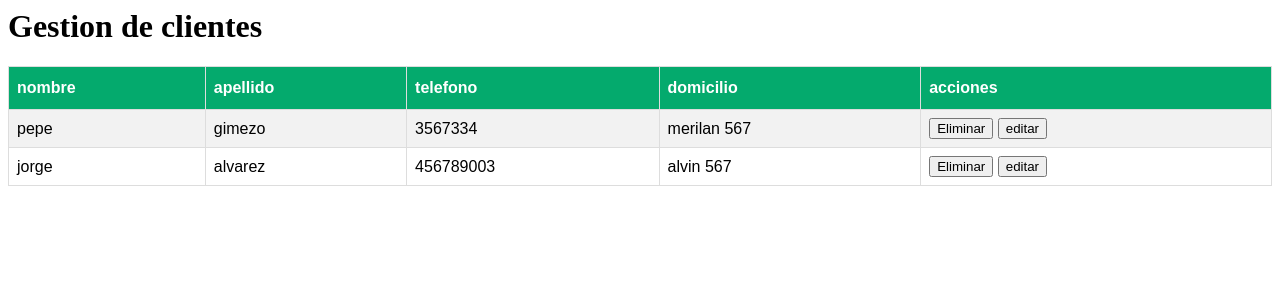
Repository: geraldine-ventura/Practicando.net
Page: index 2.html
An editor plug-in stored every save of this project. The page is shown before and after the next save, followed by the edit.
The browser window is 1280 px wide. The pictures show the whole page.

Above is the page before, as saved 2022-12-20 11:12:41.

### index 2.html
<h1>Gestion de clientes</h1>
<table id= "customers">
    <tr>
        <th>nombre</th>
        <th>apellido</th>
        <th>telefono</th>
        <th>domicilio</th>
        <th>acciones</th>
    </tr>
    <tr>
        <td>pepe</td>
        <td>gimezo</td>
        <td>3567334</td>
        <td>merilan 567</td>
        <td>
          <button>Eliminar</button>
          <button>editar</button>
        </td>
    </tr>
    <tr>
        <td>jorge</td>
        <td>alvarez</td>
        <td>456789003</td>
        <td>alvin 567</td>
        <td>
            <button>Eliminar</button>
            <button>editar</button>
          </td>
    </tr>
</table>

<style>
    #customers {
      font-family: Arial, Helvetica, sans-serif;
      border-collapse: collapse;
      width: 100%;
    }

    #customers td, #customers th {
      border: 1px solid #ddd;
      padding: 8px;
    }

    #customers tr:nth-child(even){background-color: #f2f2f2;}

    #customers tr:hover {background-color: #ddd;}

    #customers th {
      padding-top: 12px;
      padding-bottom: 12px;
      text-align: left;
      background-color: #04AA6D;
      color: white;
    }
    </style>

After the next save:
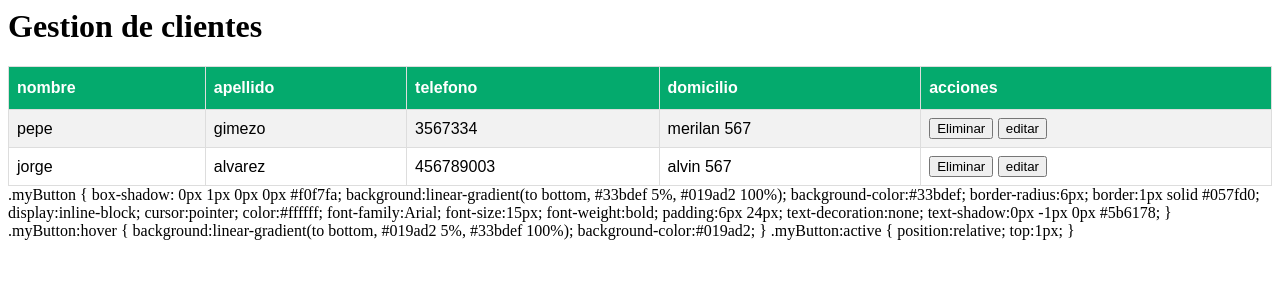
Saved 3 min 29 s later.
--- a/index 2.html
+++ b/index 2.html
@@ -28,6 +28,31 @@
           </td>
     </tr>
 </table>
+.myButton {
+	box-shadow: 0px 1px 0px 0px #f0f7fa;
+	background:linear-gradient(to bottom, #33bdef 5%, #019ad2 100%);
+	background-color:#33bdef;
+	border-radius:6px;
+	border:1px solid #057fd0;
+	display:inline-block;
+	cursor:pointer;
+	color:#ffffff;
+	font-family:Arial;
+	font-size:15px;
+	font-weight:bold;
+	padding:6px 24px;
+	text-decoration:none;
+	text-shadow:0px -1px 0px #5b6178;
+}
+.myButton:hover {
+	background:linear-gradient(to bottom, #019ad2 5%, #33bdef 100%);
+	background-color:#019ad2;
+}
+.myButton:active {
+	position:relative;
+	top:1px;
+}
+
 
 <style>
     #customers {
